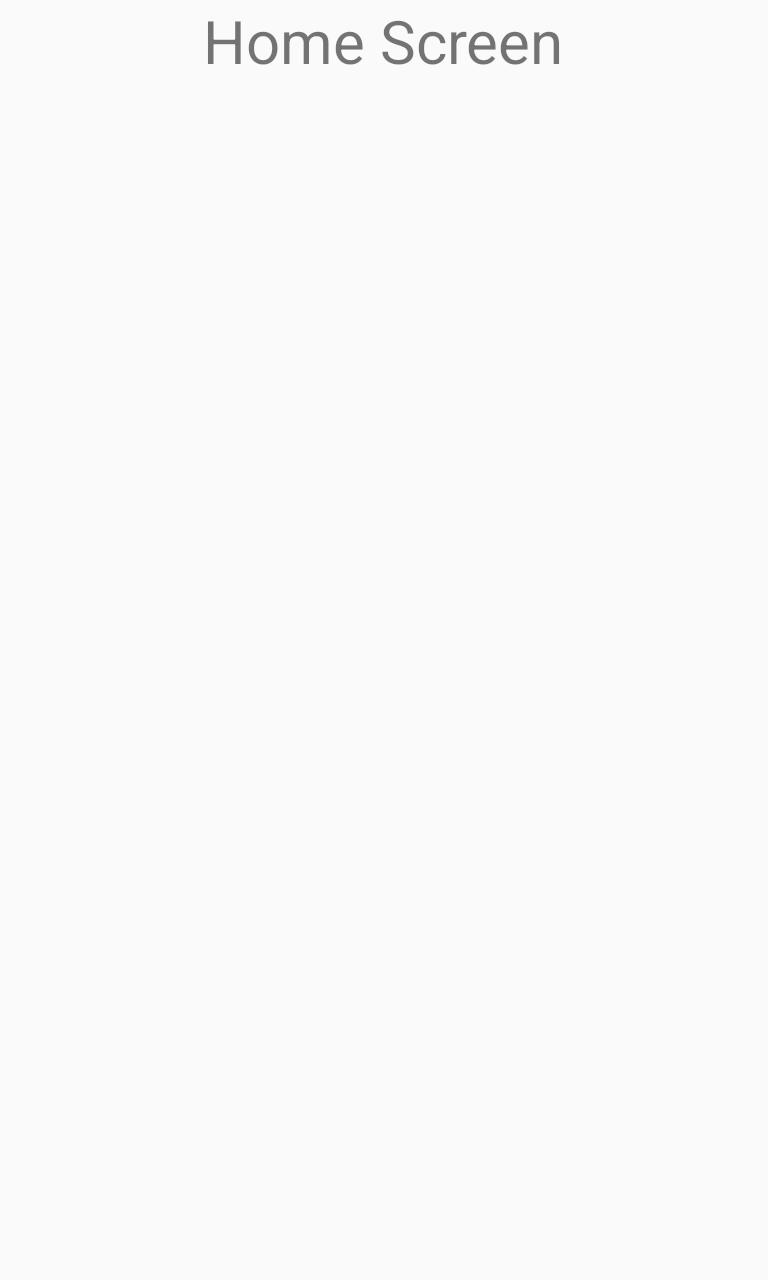
Repository: AlvaroCortez/Assigment1
Layout: SplashScreen/res/layout/activity_demo.xml
These files come from the project's save history. The layout is drawn as it stood at one moment and after the next save; the edit follows.
It is drawn on a 768 x 1280 px phone screen (xhdpi) without system bars, with theme AppTheme; the app's code is not run.

Above is the layout before, as saved 2014-04-27 17:16:50.

### SplashScreen/res/layout/activity_demo.xml
<?xml version="1.0" encoding="utf-8"?>
<RelativeLayout xmlns:android="http://schemas.android.com/apk/res/android"
    android:layout_width="match_parent"
    android:layout_height="match_parent" >

    <TextView
        android:layout_width="wrap_content"
        android:layout_height="wrap_content"
        android:text="@string/demo_message"
        android:textSize="30sp"
        android:layout_centerHorizontal="true"/>

</RelativeLayout>

### SplashScreen/res/values/strings.xml
<?xml version="1.0" encoding="utf-8"?>
<resources>
    <string name="app_name">SplashScreen</string>
    <string name="hello_world">Hello world!</string>
    <string name="menu_settings">Settings</string>
    <string name="title_activity_main">MainActivity</string>
    <string name="action_settings">MainActivity</string>
    <string name="title_activity_demo">Splash Screen</string>
    <string name="splash_message">Welcome to Splash Screen</string>
    <string name="demo_message">Home Screen</string>
</resources>

Loaded but not shown: SplashScreen/res/values/styles.xml (common file); SplashScreen/res/values-v11/styles.xml (common file); SplashScreen/res/values-v14/styles.xml (common file)

After the next save:
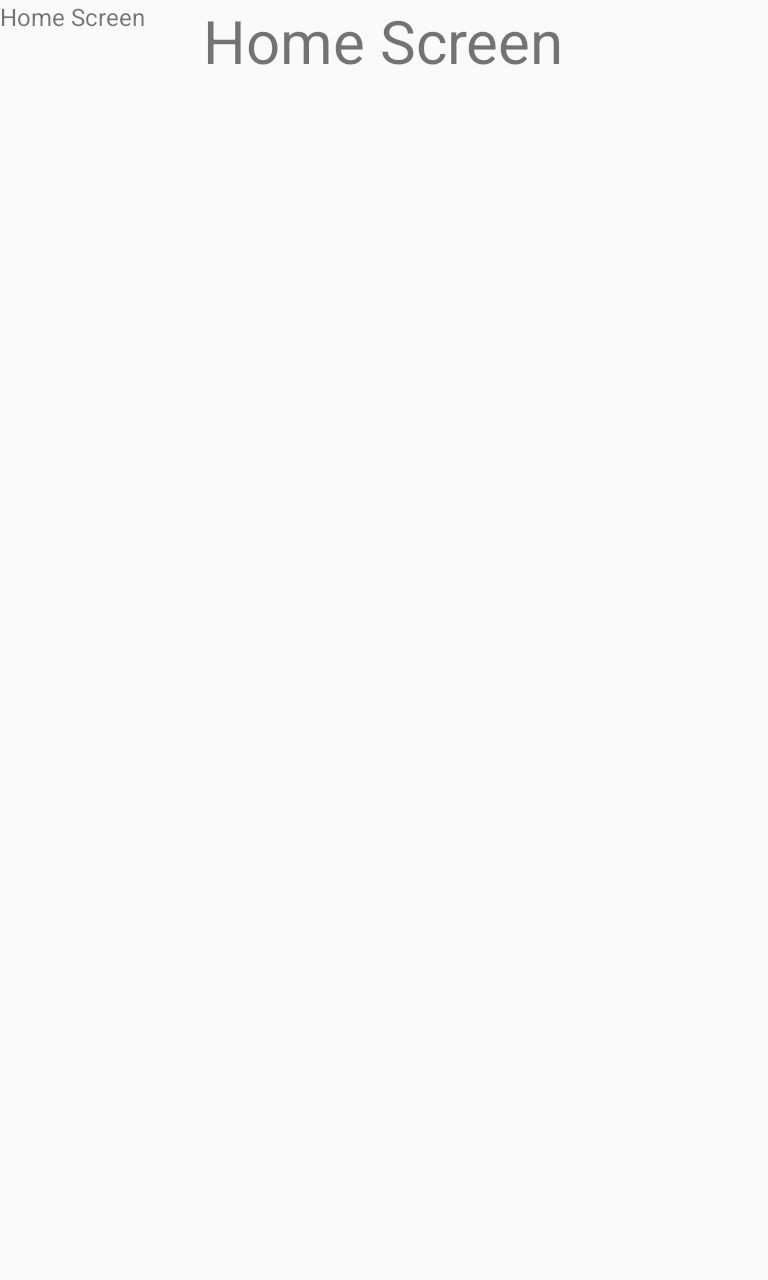
Saved 4 min 23 s later.
--- a/SplashScreen/res/layout/activity_demo.xml
+++ b/SplashScreen/res/layout/activity_demo.xml
@@ -9,5 +9,11 @@
         android:text="@string/demo_message"
         android:textSize="30sp"
         android:layout_centerHorizontal="true"/>
+    <TextView
+        android:layout_width="wrap_content"
+        android:layout_height="wrap_content"
+        android:text="@string/demo_message"
+        android:textSize="12sp" />
+
 
 </RelativeLayout>
